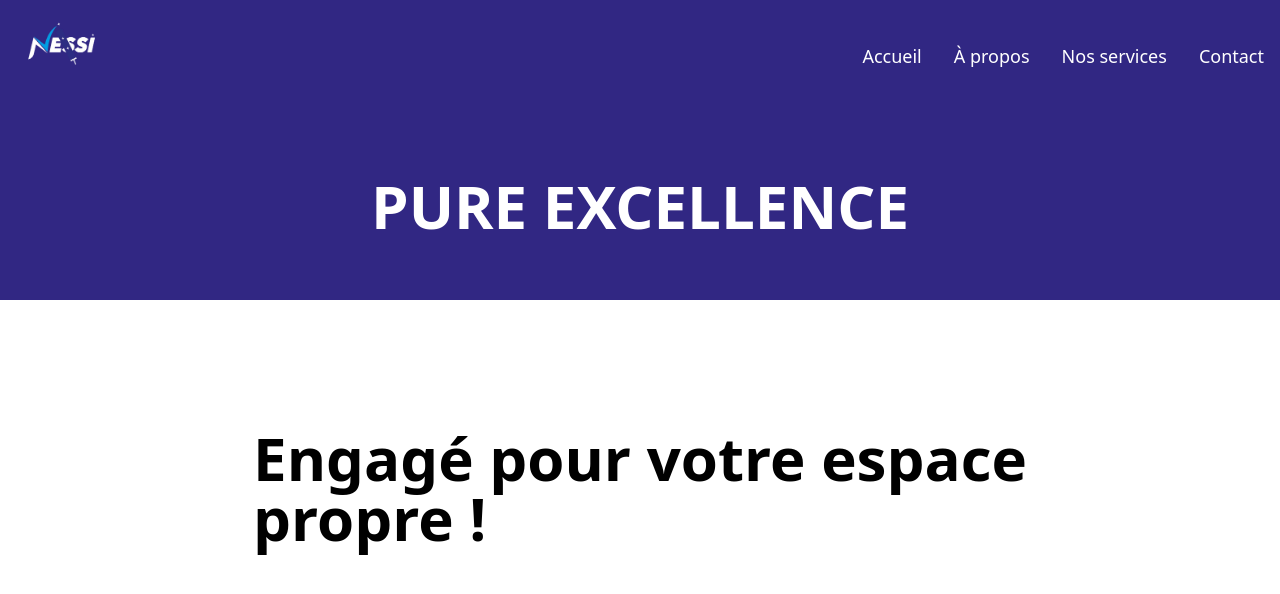
Repository: MDiouf9/Nessi
Page: /About
The author's editor kept a copy of each file at every save. The page is drawn from the files as they stood at one save, then again after a run of saves.
The browser window is 1280 px wide. The pictures show the whole page.
The project was rebuilt for these pictures with package versions that can differ from the ones it lists, and the page was loaded fresh each time. Also part of the build but not shown: vite.config.js, src/Global.css, src/App.css, src/components/Footer.jsx, src/Pages/Home.jsx, src/Pages/NotFound.jsx, src/components/Countries.jsx, src/Pages/Services.jsx and 1 more.

Above is the page before, as saved 2025-03-10 17:54:47.

After the next 4 saves:
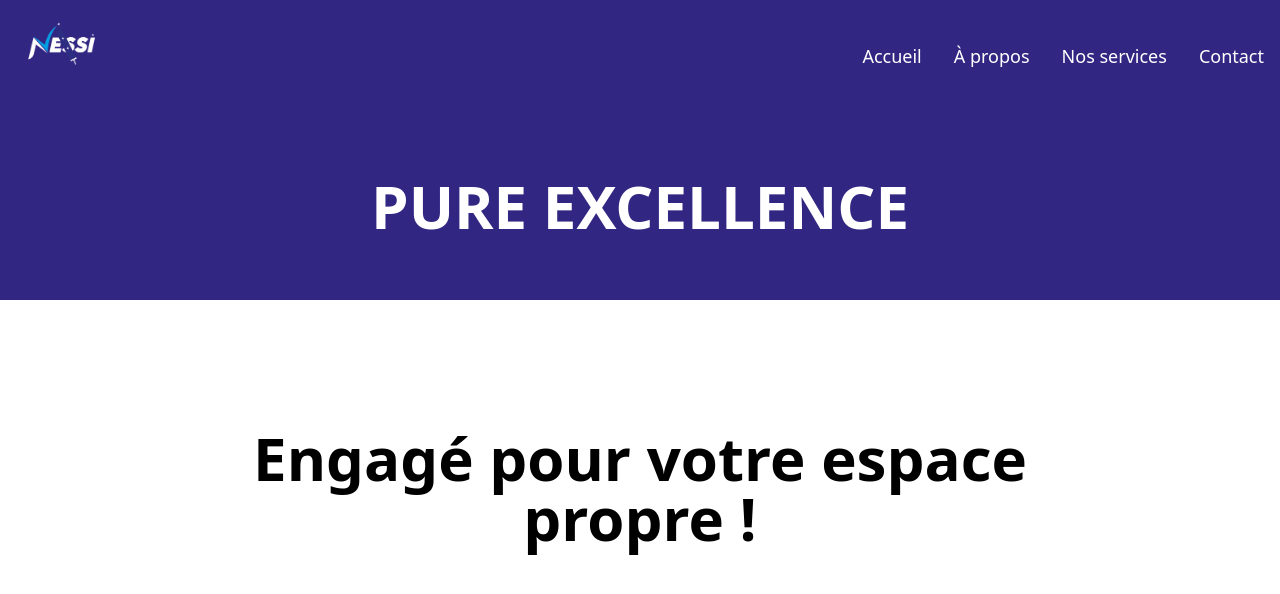
The 4 saves are shown as one change because they came seconds apart.
The last was saved 15 s later.
--- a/src/Pages/About.jsx
+++ b/src/Pages/About.jsx
@@ -12,7 +12,7 @@ const About = () => {
     </section>
     <section className=" text-white py-16 flex justify-center items-center">
       <h1 className="text-4xl md:text-6xl font-bold"> <section className=" text-black py-16 flex justify-center items-center">
-      <h1 className="text-4xl md:text-6xl font-bold">Engagé pour votre espace <br /> propre !</h1>
+      <h1 className="text-4xl md:text-6xl font-bold text-center">Engagé pour votre espace <br /> propre !</h1>
     </section></h1>
     </section>
 
